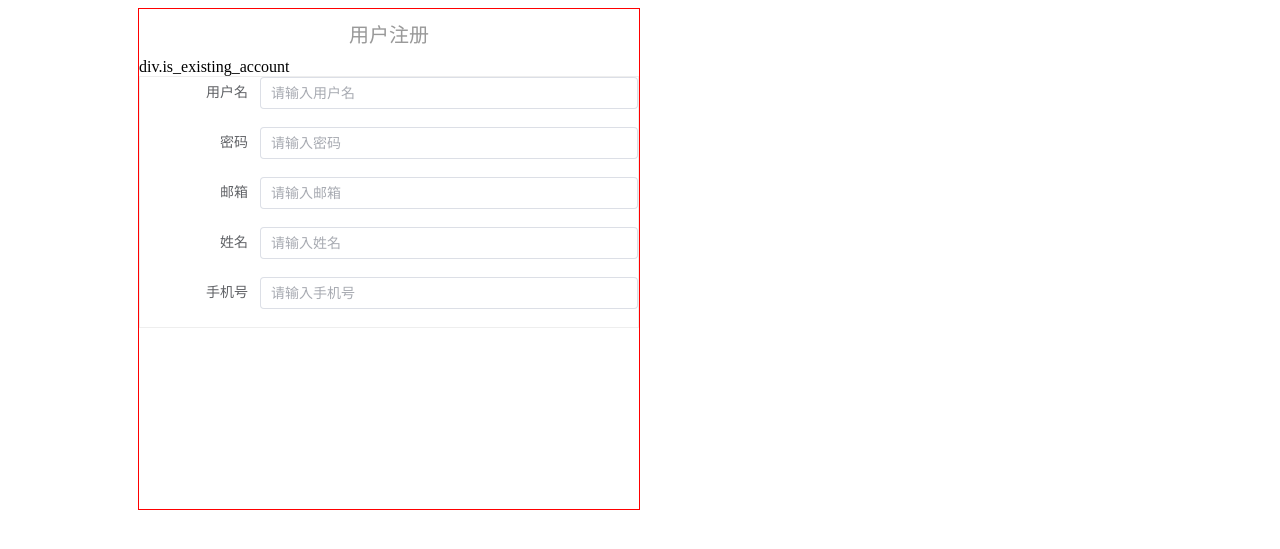
Repository: Mickey1216/yzkj_login_demo
Page: /register
The author's editor kept a copy of each file at every save. The page is drawn from the files as they stood at one save, then again after the next save.
The browser window is 1280 px wide. The pictures show the whole page.
The project was rebuilt for these pictures with package versions that can differ from the ones it lists, and the page was loaded fresh each time. Also part of the build but not shown: vite.config.js, src/views/Login.vue.

Above is the page before, as saved 2023-07-04 14:56:18.

After the next save:
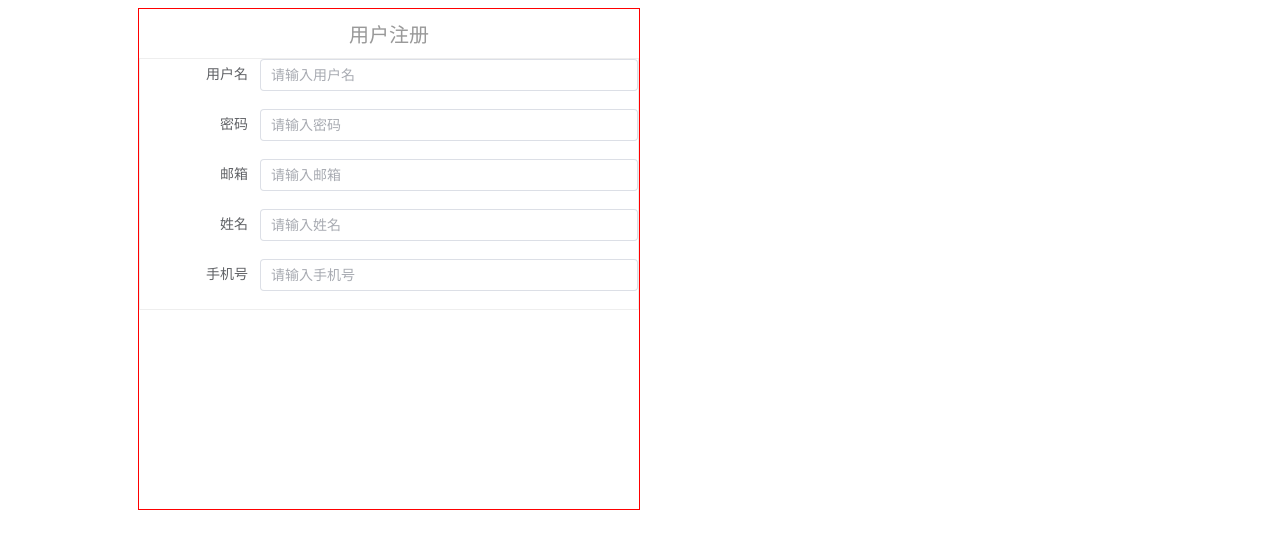
Saved 7 s later.
--- a/src/views/Register.vue
+++ b/src/views/Register.vue
@@ -1,7 +1,7 @@
 <template>
   <div class="register">
     <div class="title">用户注册</div>
-    div.is_existing_account
+    <div></div>
     <el-form :model="form" label-width="120px" style="border:1px solid #eee;">
     <el-form-item label="用户名">
       <el-input placeholder="请输入用户名" v-model="form.name"/>
